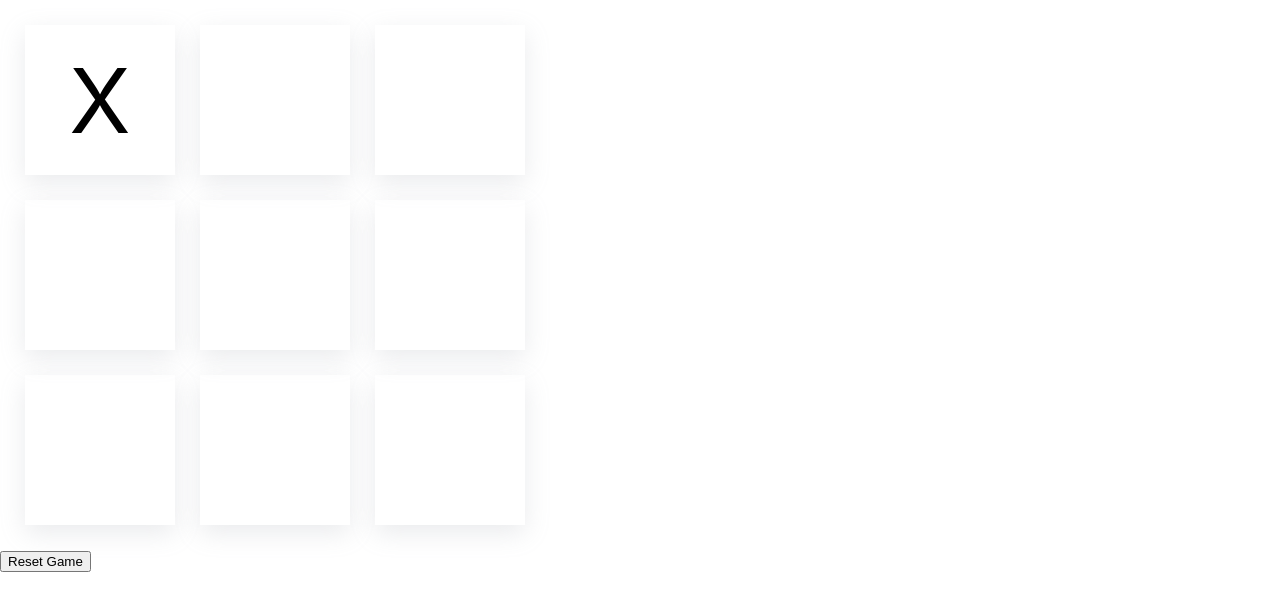
Repository: 16-Doffy/FE-Js
Page: /, after clicking the first element matching `div.game-cell`
An editor plug-in stored every save of this project. The page is shown before and after the next save, followed by the edit.
The browser window is 1280 px wide. The pictures show the whole page.
The project was rebuilt for these pictures with package versions that can differ from the ones it lists, and the page was loaded fresh each time. Also part of the build but not shown: src/App.css, src/components/state/ToggleStyles.css, src/components/state/Toggle.js.

Above is the page before, as saved 2025-01-07 16:32:39.

### src/App.js
import "./App.css";
import Toggle from "./components/state/Toggle";
import Game from "./components/tictacle/Game";

function App() {
  return (
    <div>
      {/* <Toggle /> */}
      <Game />
    </div>
  );
}

export default App;
//children middle YtList

### src/components/tictacle/Game.js
import React, { useState } from 'react';
import Board from './Board';
import "./GameStyle.css";
import { calwinner } from '../../helper';
const Game = () => {
    const[board , setBoard] =useState(Array(9).fill(null));
    const [xIsNext , setXIsNext] = useState(true);
    const winner = calwinner(board);
    const handleClick = (index) => {
        const boardCoppy = [...board];
        if(winner || boardCoppy[index])
            return;
        boardCoppy[index] = xIsNext ? 'X' : 'O';
        setBoard(boardCoppy);
        setXIsNext((xIsNext) => !xIsNext);
    };
    const handleResetGame = () => {
        setBoard(Array(9).fill(null));
        setXIsNext(true); // luôn là X đầu
    }
    return (
        <div>
          <Board cells={board} onClick={handleClick}/>
          <button onClick={handleResetGame}>Reset Game</button>
        </div>
    );
};

export default Game;

### src/components/tictacle/Board.js
import React from "react";
import Cell from "./Cell";

const Board = (props) => {
  return (
    <div className="game-board">
      {props.cells.map((item, index) => (
        <Cell
         key={index}
        value={item}
        onClick={() => props.onClick(index)}
        className={ item === 'X' ? 'is-x' : item === 'O' ? 'is-o' : ""}
        />
      ))}
    </div>
  );
};

export default Board;

### src/components/tictacle/GameStyle.css
.game-board {
    margin: 25px;
    width: 500px;
    height: 500px;
    display: grid;
    grid-template-columns: repeat(3, 1fr);
    grid-template-rows: repeat(3, 1fr);
    gap: 25px;
}
.game-cell {
    cursor: pointer;
    display: flex;
    align-items: center;
    justify-content: center;
    font-size: 90px;
    box-shadow: rgb(149, 157, 166, 0.2) 0 8px 24px;
}

### src/helper.js
export function calwinner(cells) {
  const lines = [
    [0, 1, 2],
    [3, 4, 5],
    [6, 7, 8],
    [0, 3, 6],
    [1, 4, 7],
    [2, 5, 8],
    [0, 4, 8],
    [2, 4, 6],
  ];
  for (let index = 0; index < lines.length; index++) {
    const [a, b, c] = lines[index];
    if (cells[a] && cells[a] === cells[b] && cells[a] === cells[c]) {
      return cells[a];
    }
  }
  return null;
}

### src/components/tictacle/Cell.js
import React from "react";

const Cell = ({ value, onClick, className }) => {
  console.log(value, onClick);

  return (
    <div className={`game-cell ${className}`} onClick={onClick}>
      {value}
    </div>
  );
};

export default Cell;




// ex: const props = {
//     value: 'X',
//     onClick:() => value
// }
//ob destructuring
//   const student = {
//     name:'doffy',
//     age:'23'
// };
// const name = student.name;
// const age = student.age;
// const {name, age} = student;
// const Cell = (props) => {
//     const {value , onClick} =props;
//     console.log(value,onClick);

Loaded but not shown: public/index.html (common file); src/index.js (common file); src/index.css (common file); src/reportWebVitals.js (common file)

After the next save:
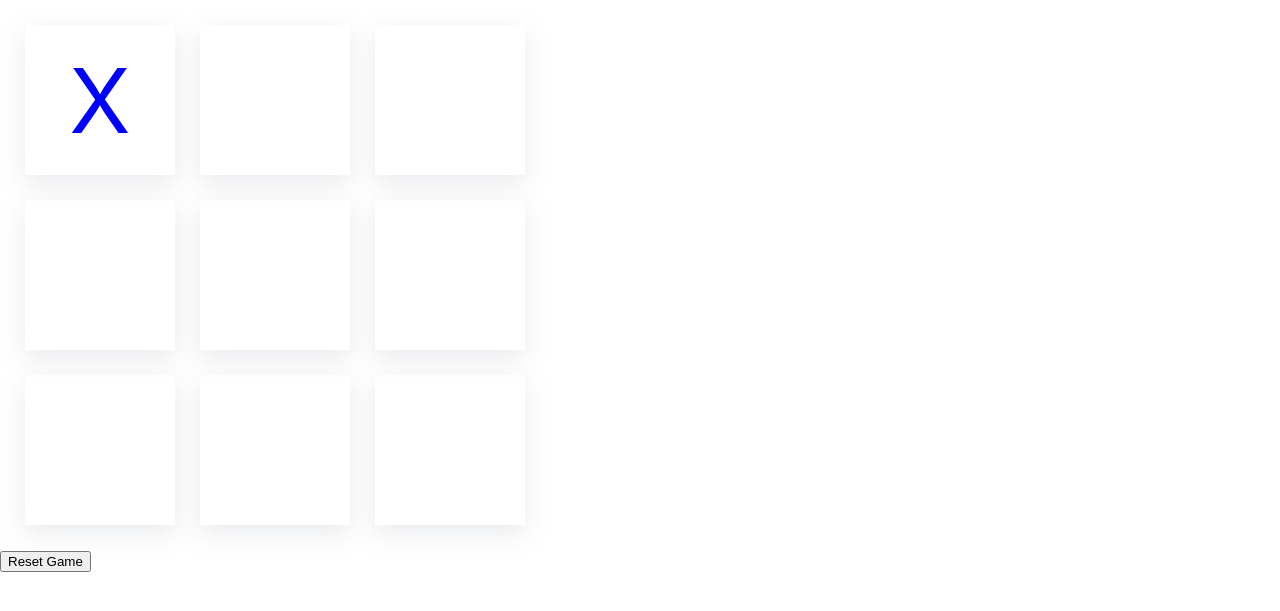
Saved 92 s later.
--- a/src/components/tictacle/GameStyle.css
+++ b/src/components/tictacle/GameStyle.css
@@ -15,3 +15,9 @@
     font-size: 90px;
     box-shadow: rgb(149, 157, 166, 0.2) 0 8px 24px;
 }
+.game-cell.is-x {
+    color: blue;
+}
+.game-cell.is-0 {
+    color: orange;
+}
